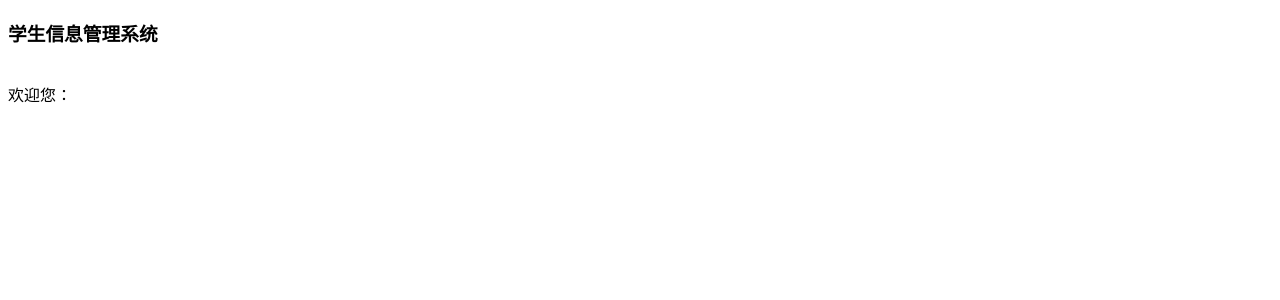
Repository: DataBoxWx/mvc_servlet_3
Page: http://localhost/mvc_2/jsp/studentlist.jsp
These files come from the project's save history. The page is drawn as it stood at one moment and after the next save; the edit follows.
The browser window is 1280 px wide. The pictures show the whole page.
The page is served by Tomcat 9. Other server files are loaded and not shown.

Above is the page before, as saved 2018-05-09 06:46:13.

### mvc_2/WebContent/jsp/studentlist.jsp
<%@ page language="java" contentType="text/html; charset=UTF-8"
    pageEncoding="UTF-8"%>
<%
	String basePath = request.getScheme() + "://" + request.getServerName() + ":" + 	request.getServerPort() + request.getContextPath() + "/";
%>
<!DOCTYPE html PUBLIC "-//W3C//DTD HTML 4.01 Transitional//EN" "http://www.w3.org/TR/html4/loose.dtd">
<html>
<head>
<base href="<%=basePath%>">
<meta http-equiv="Content-Type" content="text/html; charset=UTF-8">
<title>Insert title here</title>
</head>
<body>
	<h3>学生信息管理系统</h3><br/>
	<div>欢迎您：${username}</div>
</body>
</html>

After the next save:
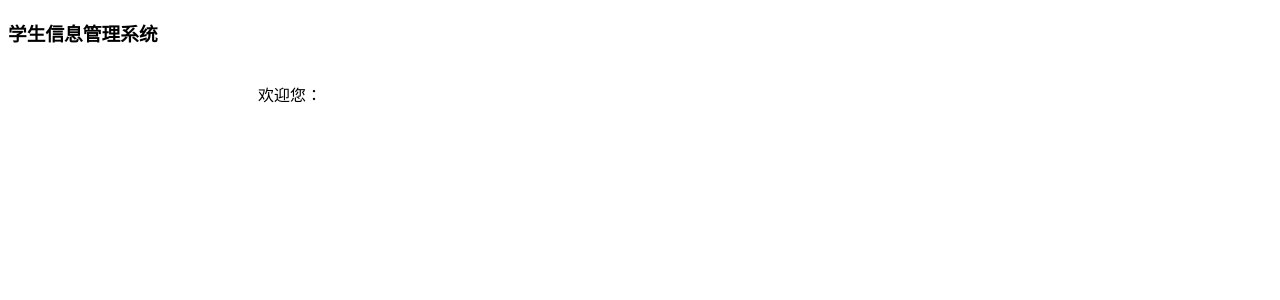
Saved 41 s later.
--- a/mvc_2/WebContent/jsp/studentlist.jsp
+++ b/mvc_2/WebContent/jsp/studentlist.jsp
@@ -12,6 +12,6 @@
 </head>
 <body>
 	<h3>学生信息管理系统</h3><br/>
-	<div>欢迎您：${username}</div>
+	<div style="margin-left: 250px">欢迎您：${username}</div>
 </body>
 </html>
